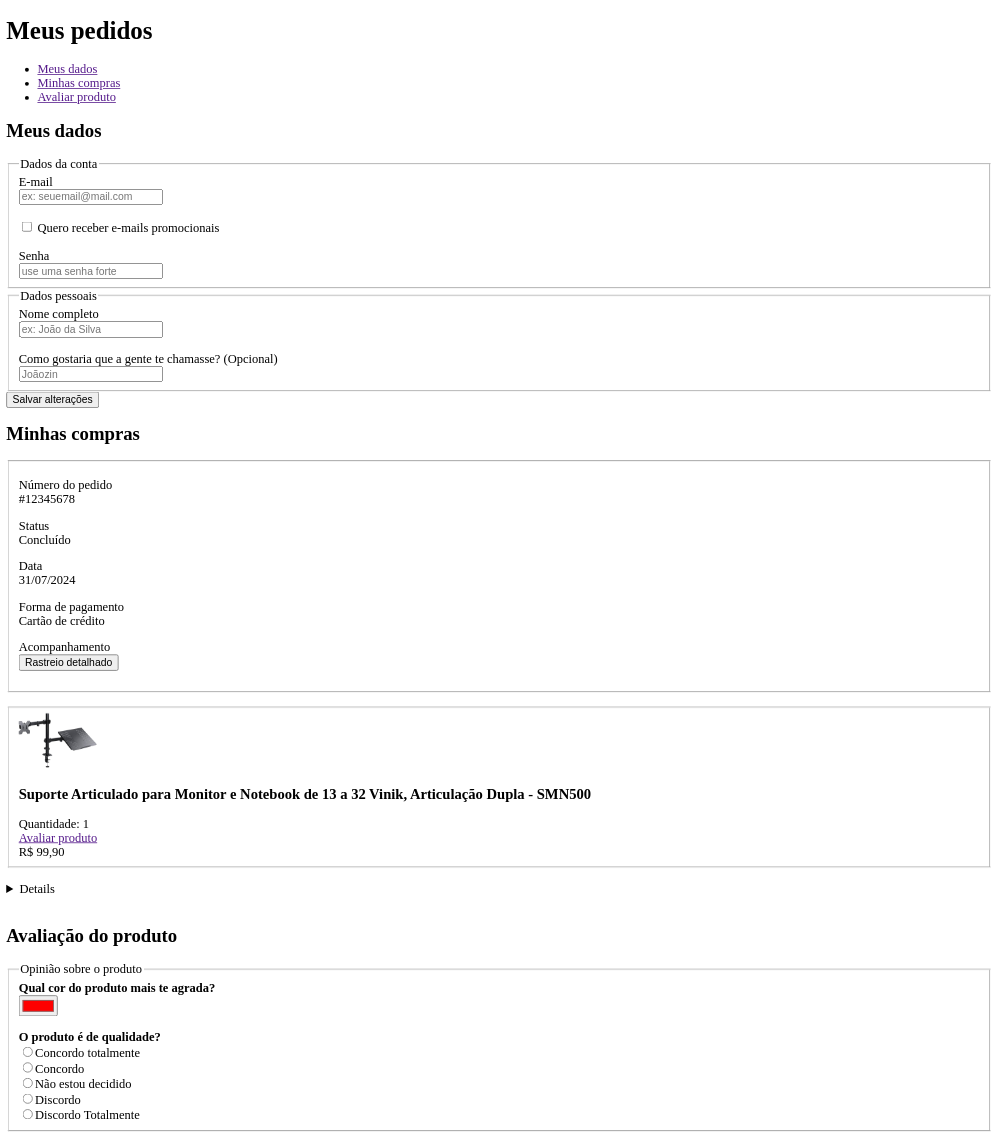
Repository: claudemir-camargo/site-compras
Page: index.html
These files come from the project's save history. The page is drawn as it stood at one moment and after the next save; the edit follows.
The browser window is 1280 px wide. The pictures show the whole page, at 78% of full size.

Above is the page before, as saved 2024-03-03 23:09:48.

### index.html
<!DOCTYPE html>
<html lang="en">

<head>
    <meta charset="UTF-8">
    <meta name="viewport" content="width=device-width, initial-scale=1.0">
    <link rel="stylesheet" type="text/css" href="css/style.css" />
    <title>Site de Compras</title>
</head>

<body>
    <h1>Meus pedidos</h1>
    <ul>
        <li><a href="">Meus dados</a></li>
        <li><a href="">Minhas compras</a></li>
        <li><a href="">Avaliar produto</a></li>
    </ul>
    <h2>Meus dados</h2>
    <!-- Conta -->
    <fieldset>
        <legend>Dados da conta</legend>
        <form>
            <label>E-mail</label><br>
            <input type="email" id="email" name="email" placeholder="ex: seuemail@mail.com"><br><br>
            <input type="checkbox">
            <label>Quero receber e-mails promocionais</label><br><br>
            <label>Senha</label><br>
            <input type="password" placeholder="use uma senha forte">
        </form>
    </fieldset>
    <!-- Pessoais -->
    <fieldset>
        <legend>Dados pessoais</legend>
        <form>
            <label>Nome completo</label><br>
            <input type="text" placeholder="ex: João da Silva"><br><br>
            <label>Como gostaria que a gente te chamasse? (Opcional) </label><br>
            <input type="text" placeholder="Joãozin">
        </form>
    </fieldset>
    <button type="button">Salvar alterações</button>
    <!-- Minhas compras -->
    <h2>Minhas compras</h2>
    <fieldset>
        <p>Número do pedido<br>#12345678</p>
        <p>Status<br>Concluído</p>
        <p>Data<br>31/07/2024</p>
        <p>Forma de pagamento<br>Cartão de crédito</p>
        <p>Acompanhamento<br><button>Rastreio detalhado</button></p>
    </fieldset>
    <!-- Produto -->
    <br>
    <fieldset>
        <img src="img/suporte.jpg" alt="Suporte">
        <h3>
            <p>Suporte Articulado para Monitor e Notebook de 13 a 32 Vinik,
                Articulação Dupla - SMN500</p>
        </h3>
        Quantidade: 1<br>
        <a href="">Avaliar produto</a><br>
        R$ 99,90
    </fieldset>
    <br>
    <details tag="Detalhes de Envio e Pagamento">
        <p></p>
        <strong>Endereço de entrega</strong><br>
        Avenida Estelita Falcão<br>
        Número 12, Centro<br>
        CEP 48170-970 - Itapetininga/São Paulo
        <br><br>
        <strong>Forma de Pagamento</strong><br>
        Cartão de crédito<br>
        Master Card **** **** **** 1234<br>
        Titular: Claudemir Camargo
        <br><br>
        <strong>Frete</strong>
        R$ 15,50<br>
        Enviado por GFL<br>
        Entregue
    </details>
    <br>
    <h2>Avaliação do produto</h2>
    <fieldset>
        <legend>Opinião sobre o produto</legend>
        <form>
            <label><strong>Qual cor do produto mais te agrada?</strong></label><br>
            <input type="color" value="#ff0000"><br><br>
            <label><strong>O produto é de qualidade?</strong></label><br>
            <input type="radio" name="qualidade"><label>Concordo totalmente</label><br>
            <input type="radio" name="qualidade"><label>Concordo</label><br>
            <input type="radio" name="qualidade"><label>Não estou decidido</label><br>
            <input type="radio" name="qualidade"><label></label>Discordo</label><br>
            <input type="radio" name="qualidade"><label></label>Discordo Totalmente</label><br>
        </form>


    </fieldset>



</body>

</html>

### css/style.css
img {
    height: 70px;
    width: 100px;
}

After the next save:
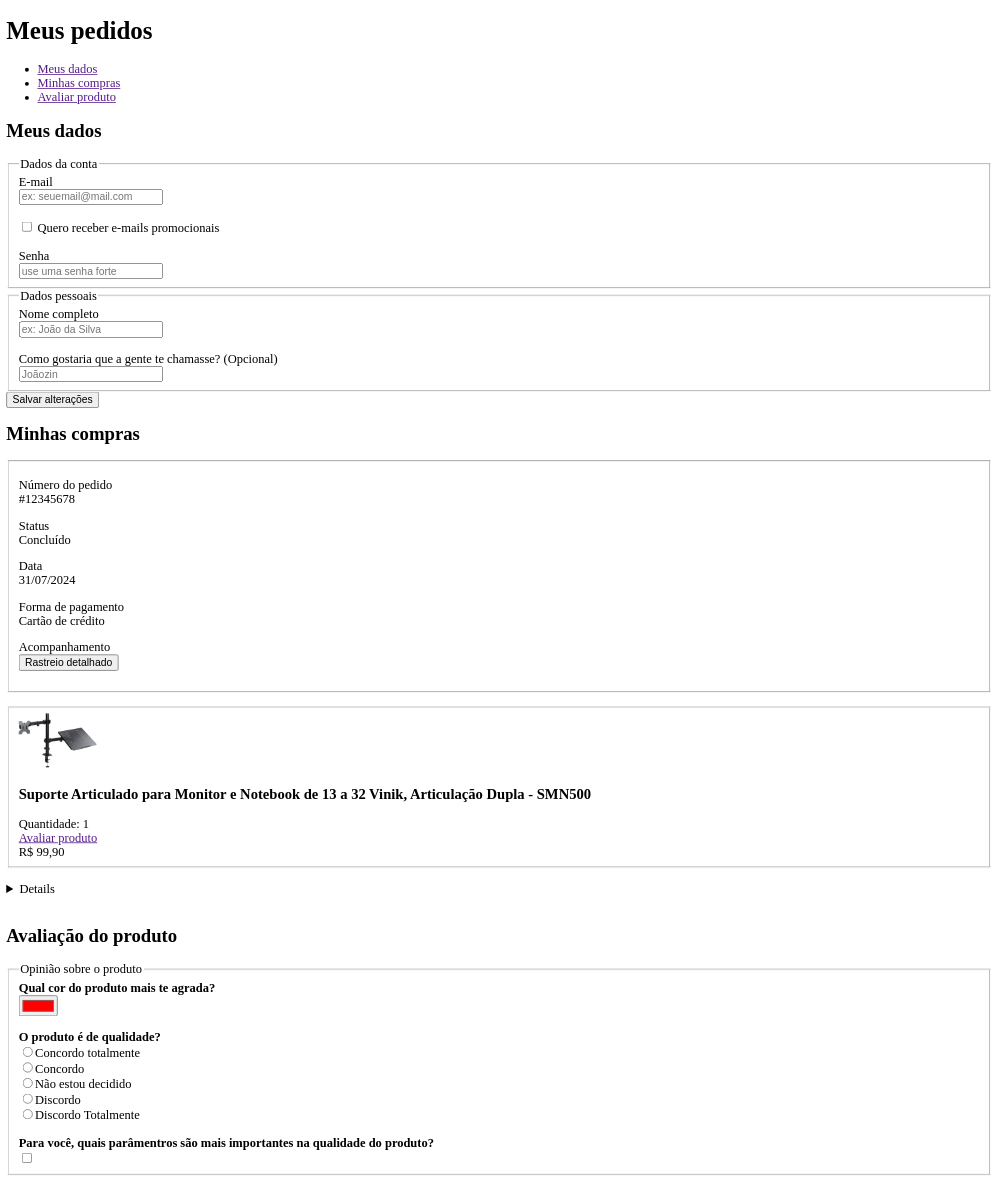
Saved 99 s later.
--- a/index.html
+++ b/index.html
@@ -90,7 +90,11 @@
             <input type="radio" name="qualidade"><label>Concordo</label><br>
             <input type="radio" name="qualidade"><label>Não estou decidido</label><br>
             <input type="radio" name="qualidade"><label></label>Discordo</label><br>
-            <input type="radio" name="qualidade"><label></label>Discordo Totalmente</label><br>
+            <input type="radio" name="qualidade"><label></label>Discordo Totalmente</label>
+            <br><br>
+            <label><strong>Para você, quais parâmentros são mais importantes na qualidade do produto?</strong></label><br>
+            <input type="checkbox">
+
         </form>
 
 
